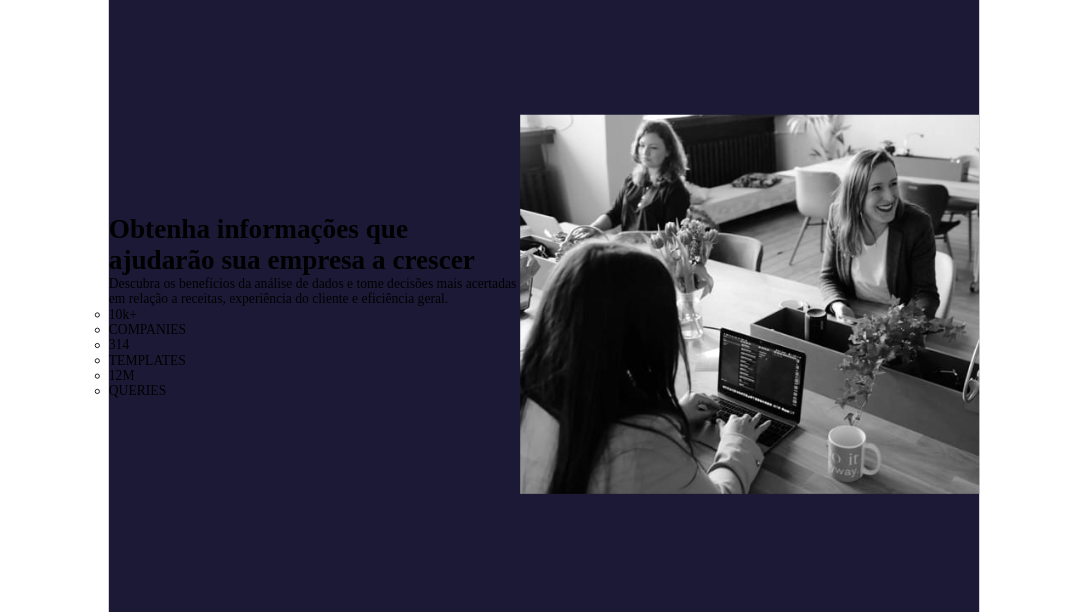
Repository: caique2512/componentes-de-estatisticas
Page: index.html
These files come from the project's save history. The page is drawn as it stood at one moment and after a run of saves; the edit follows.
The browser window is 1280 px wide. The pictures show the whole page, at 85% of full size.

Above is the page before, as saved 2026-03-03 17:04:07.

### index.html
<!DOCTYPE html>
<html lang="pt-br">
<head>
    <meta charset="UTF-8">
    <meta name="viewport" content="width=device-width, initial-scale=1.0">
    <title>Estatisticas</title>
    <link rel="stylesheet" href="src/reset.css">
    <link rel="stylesheet" href="src/estilos.css">
</head>
<body>
    <main class="conteudo">
        <div class="conteudo-principal">
            <h1>Obtenha informações que ajudarão sua empresa a crescer</h1>
            <p>Descubra os benefícios da análise de dados e tome decisões mais acertadas em relação a receitas, experiência do cliente e eficiência geral.</p>
            <ul class="estatisticas">
                <ul class="item1">
                    <li class="descricao">10k+</li>
                    <li>COMPANIES</li>
                </ul>
                <ul class="item2">
                    <li class="descricao">314</li>
                    <li>TEMPLATES</li>
                </ul>
                <ul class="item3">
                    <li class="descricao">12M</li>
                    <li>QUERIES</li>
                </ul>
            </ul>
        </div>
        <picture class="img">
            <img src="./images/image-header-desktop.jpg" alt="Mulheres no escritório">
        </picture>
    </main>
</body>
</html>

### src/estilos.css
.conteudo {
    background-color: #1C1937;
    display: flex;
    max-width: calc(100% - 20%);
    margin: 0 auto;
    height: 100vh;
    align-items: center;
}

Loaded but not shown: src/reset.css (common file)

After the next 2 saves:
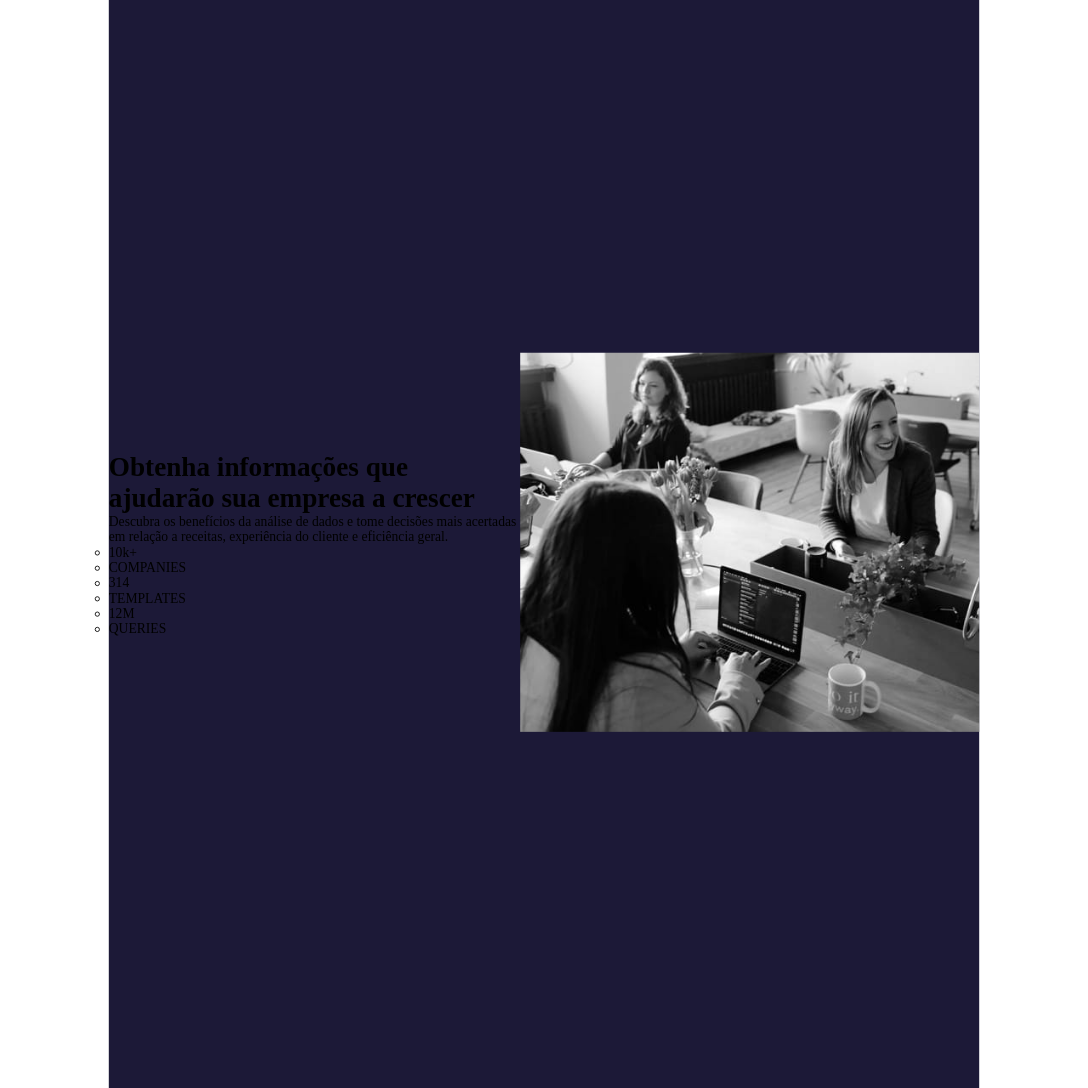
The 2 saves are shown as one change because they came seconds apart.
The last was saved 19 s later.
--- a/src/estilos.css
+++ b/src/estilos.css
@@ -3,6 +3,6 @@
     display: flex;
     max-width: calc(100% - 20%);
     margin: 0 auto;
-    height: 100vh;
+    height: 100vw;
     align-items: center;
 }
